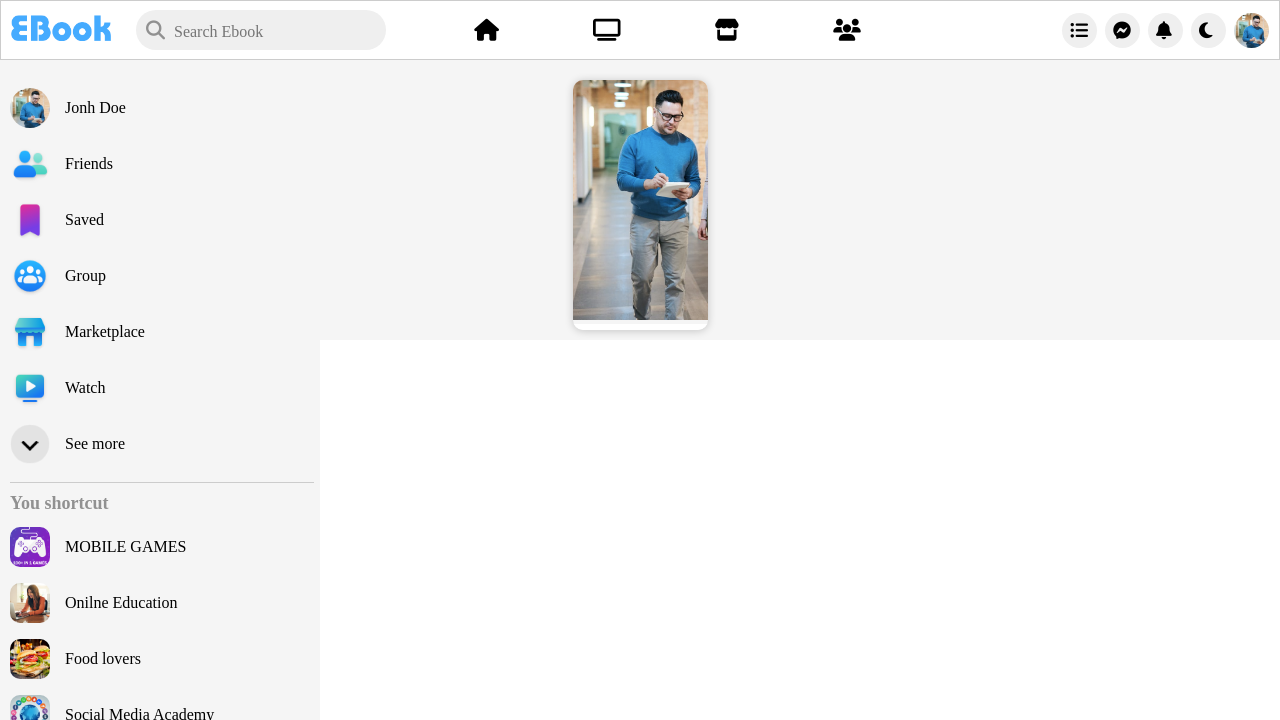
Repository: datvu1608/cloneebook
Page: index.html
An editor plug-in stored every save of this project. The page is shown before and after the next save, followed by the edit.
The browser window is 1280 px wide. The pictures show the whole page.
Some web libraries are served in a nearby version.

Above is the page before, as saved 2023-02-23 15:22:17.

### index.html
<!DOCTYPE html>
<html lang="en">
  <head>
    <meta charset="UTF-8" />
    <meta http-equiv="X-UA-Compatible" content="IE=edge" />
    <meta name="viewport" content="width=device-width, initial-scale=1.0" />
    <title>Face Clone</title>
    <link
      rel="stylesheet"
      href="https://cdnjs.cloudflare.com/ajax/libs/font-awesome/6.3.0/css/all.min.css"
      integrity="sha512-SzlrxWUlpfuzQ+pcUCosxcglQRNAq/DZjVsC0lE40xsADsfeQoEypE+enwcOiGjk/bSuGGKHEyjSoQ1zVisanQ=="
      crossorigin="anonymous"
      referrerpolicy="no-referrer"
    />
    <link rel="stylesheet" href="style.css" />
  </head>
  <body>
    <nav>
      <div class="left">
        <div class="logo">
          <img src="./image/logo.png" alt="" />
        </div>
        <div class="search-bar">
          <i class="fa-solid fa-magnifying-glass"></i>
          <input type="text" name="" id="" placeholder="Search Ebook" />
        </div>
      </div>

      <div class="center">
        <i class="fa-solid fa-house"></i>
        <i class="fa-solid fa-tv"></i>
        <i class="fa-solid fa-store"></i>
        <i class="fa-solid fa-users"></i>
      </div>

      <div class="right">
        <i class="fa-solid fa-list-ul"></i>
        <i class="fa-brands fa-facebook-messenger"></i>
        <i class="fa-solid fa-bell"></i>
        <i class="fa-solid fa-moon"></i>
        <img src="./image/profile.png" alt="" />
      </div>
    </nav>

    <!-- Main -->
    <div class="main">
      <!-- left -->
      <div class="left">
        <div class="img">
          <img src="./image/profile.png" alt="" />
          <p>Jonh Doe</p>
        </div>
        <div class="img">
          <img src="./image/friend.png" alt="" />
          <p>Friends</p>
        </div>
        <div class="img">
          <img src="./image/saved.png" alt="" />
          <p>Saved</p>
        </div>
        <div class="img">
          <img src="./image/group.png" alt="" />
          <p>Group</p>
        </div>
        <div class="img">
          <img src="./image/marketplace.png" alt="" />
          <p>Marketplace</p>
        </div>
        <div class="img">
          <img src="./image/watch.png" alt="" />
          <p>Watch</p>
        </div>
        <div class="img">
          <img src="./image/down_arrow.png" alt="" />
          <p>See more</p>
        </div>
        <hr />

        <h2>You shortcut</h2>
        <p class="edit">Edit</p>

        <div class="shortcuts">
          <img src="./image/shortcuts_1.png" alt="" />
          <p>MOBILE GAMES</p>
        </div>
        <div class="shortcuts">
          <img src="./image/shortcuts_2.jpeg" alt="" />
          <p>Onilne Education</p>
        </div>
        <div class="shortcuts">
          <img src="./image/shortcuts_3.webp" alt="" />
          <p>Food lovers</p>
        </div>
        <div class="shortcuts">
          <img src="./image/shortcuts_4.png" alt="" />
          <p>Social Media Academy</p>
        </div>
        <div class="shortcuts">
          <img src="./image/shortcuts_5.webp" alt="" />
          <p>PC Shop</p>
        </div>
        <div class="shortcuts">
          <img src="./image/down_arrow.png" alt="" />
          <p>See More</p>
        </div>
      </div>

      <!-- center -->
      <div class="center">
        <div class="top_box">
          <div class="my_story_card">
            <img src="./image/story_1.png" alt="" />
            <div class="story_upload">
              <img src="./image/upload.png" alt="" />
              <p class="story_tag">Create story</p>
            </div>
          </div>
        </div>
      </div>
      <div class="right"></div>
    </div>
  </body>
</html>

### style.css
* {
  margin: 0;
  padding: 0;
  box-sizing: border-box;
  font-family: serif;
}
nav {
  width: 100%;
  height: 60px;
  display: flex;
  align-items: center;
  justify-content: space-between;
  border: 1px solid #ccc;
  background: #fff;
  position: fixed;
  top: 0;
  z-index: 1000;
  cursor: pointer;
}
nav .left img {
  width: 100px;
  margin: 5px 0;
  cursor: pointer;
}
nav .left {
  display: flex;
  align-items: center;
  justify-content: center;
  margin-left: 10px;
}
nav .left .search-bar {
  width: 250px;
  height: 40px;
  background: #efefef;
  border-radius: 30px;
  padding: 0 10px;
  margin-left: 10px;
  position: relative;
  left: 15px;
}
nav .left .search-bar i {
  line-height: 40px;
  font-size: 19px;
  color: #919191;
  margin-right: 5px;
}
nav .left .search-bar input {
  background-color: transparent;
  outline: none;
  border: 0;
  width: 200px;
  font-size: 16px;
}

nav .center {
  position: relative;
  right: 45px;
}
nav .center i {
  margin: 0 45px 0 45px;
  font-size: 22px;
}
nav .center i:hover {
  color: #45abff;
  cursor: pointer;
}

nav .right {
  display: flex;
  align-items: center;
  margin-right: 10px;
}
nav .right i {
  width: 35px;
  height: 35px;
  border-radius: 50%;
  background: #efefef;
  line-height: 35px;
  padding-left: 8px;
  font-size: 18px;
  margin-left: 8px;
  cursor: pointer;
}
nav .right img {
  width: 35px;
  height: 35px;
  object-fit: cover;
  object-position: center;
  border-radius: 50%;
  margin-left: 8px;
  line-height: 45px;
  cursor: pointer;
}

/* main */
.main {
  display: flex;
  margin-top: 60px;
  background-color: #f5f5f5;
}
.main .left {
  width: 25%;
  height: 92vh;
  overflow: hidden;
  overflow-y: scroll;
  background-color: #f5f5f5;
  padding: 20px 6px 5px 10px;
  position: fixed;
}
.main .left::-webkit-scrollbar {
  width: 7px;
}
.main .left::-webkit-scrollbar-thumb {
  border-radius: 20px;
  background-color: #f5f5f5;
}
.main .left:hover::-webkit-scrollbar-thumb {
  background-color: #ccc;
}
.main .left .img {
  display: flex;
  align-items: center;
  cursor: pointer;
  transition: 0.2s;
}
.main .left .img:hover {
  background: #e3e3e3;
}
.main .left .img img {
  width: 40px;
  height: 40px;
  object-fit: cover;
  object-position: center;
  border-radius: 50%;
  margin: 8px 15px 8px 0;
}
.main .left hr {
  width: 100%;
  height: 1px;
  border: 0;
  background: #ccc;
  margin: 10px 0;
}

.main .left h2 {
  font-size: 18px;
  color: #919191;
  margin: 5px 0;
}
.main .left .edit {
  color: #45abff;
  font-size: 15px;
  float: right;
  position: relative;
  bottom: 23px;
  cursor: pointer;
  opacity: 0;
}
.main .left:hover .edit {
  opacity: 1;
}
.main .left .shortcuts {
  display: flex;
  align-items: center;
  transition: 0.2s;
}
.main .left .shortcuts:hover {
  background: #e3e3e3;
  cursor: pointer;
}
.main .left .shortcuts img {
  width: 40px;
  height: 40px;
  object-fit: cover;
  object-position: center;
  border-radius: 10px;
  margin: 8px 15px 8px 0px;
}

/* main-center */
.main .center {
  width: 50%;
  height: auto;
  padding: 20px 20px 0 20px;
  background: #f5f5f5;
  margin-left: 25%;
}
.main .center::-webkit-scrollbar {
  width: 0;
}
.main .center .top_box {
  width: 100%;
  height: 260px;
  display: grid;
  grid-template-columns: 1fr 1fr1fr 1fr 1fr;
}
.main .center .top_box .my_story_card {
  width: 135px;
  height: 250px;
  overflow: hidden;
  margin: 0 auto;
  box-shadow: 0 1px 8px rgba(0, 0, 0, 0.2);
  border-radius: 10px;
  cursor: pointer;
}
.main .center .top_box .my_story_card  img {
          width: 100%;
          d
}

After the next save:
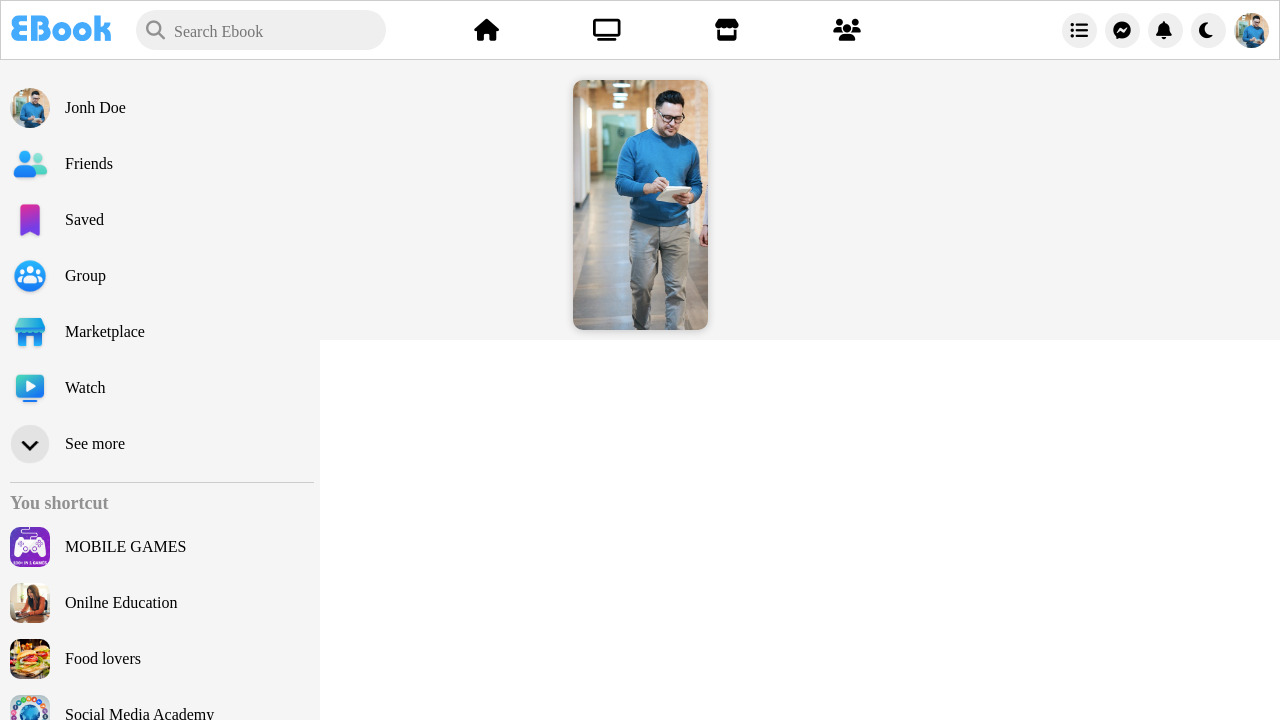
Saved 14 s later.
--- a/style.css
+++ b/style.css
@@ -203,7 +203,9 @@ nav .right img {
   border-radius: 10px;
   cursor: pointer;
 }
-.main .center .top_box .my_story_card  img {
-          width: 100%;
-          d
-}
+.main .center .top_box .my_story_card img {
+  width: 100%;
+  height: 100%;
+  object-fit: cover;
+  object-position: center;
+}
